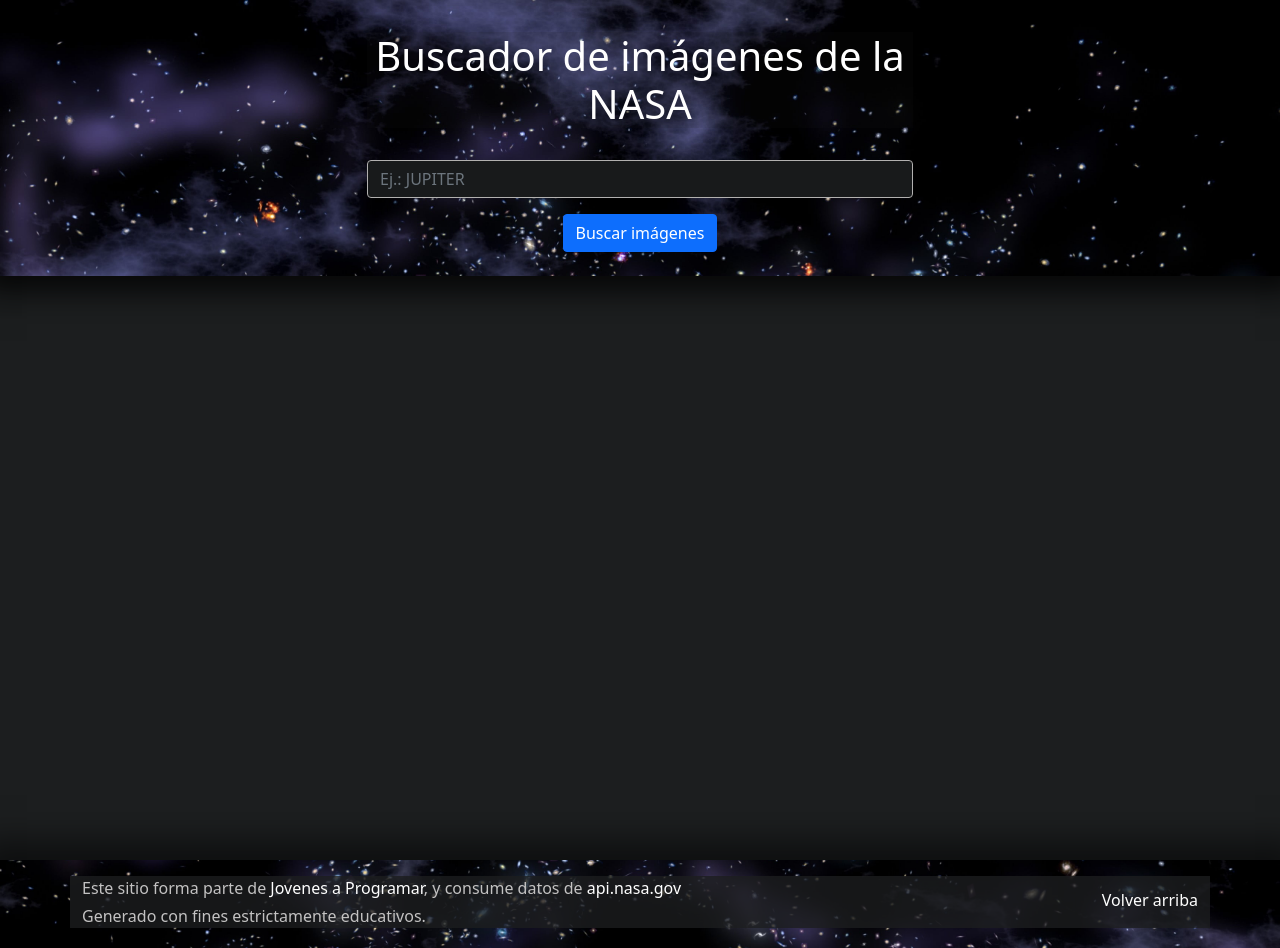
Repository: romancegirl/galaxies
Page: index.html
These files come from the project's save history. The page is drawn as it stood at one moment and after the next save; the edit follows.
The browser window is 1280 px wide. The pictures show the whole page.

Above is the page before, as saved 2024-11-30 05:41:51.

### index.html
<!doctype html>
<html lang="es">

<head>
  <meta charset="utf-8">
  <meta name="viewport" content="width=device-width, initial-scale=1">
  <title>Buscador de imágenes de la NASA</title>

  <link href="css/bootstrap.min.css" rel="stylesheet">
  <link rel="stylesheet" href="css/style.css">
</head>

<body>

  <header>
    <div id="intro">
      <div class="text-center container">
        <div class="row py-lg-3">
          <div class="col-lg-6 col-md-8 mx-auto" id="beggining">
            <h1 class="fw-light">Buscador de imágenes de la NASA</h1>
            <input type="search" class="form-control" name="buscar" id="inputBuscar" placeholder="Ej.: JUPITER">
            <button class="btn btn-primary my-2" id="btnBuscar">Buscar imágenes</button>
          </div>
        </div>
      </div>
    </div>
  </header>

  <main>
    <div class="container">
      <div id="contenedor">
      </div>
    </div>
  </main>


  <footer class="text-muted py-3">
    <div class="container back">
      <p class="float-end mb-1">
        <a href="#">Volver arriba</a>
      </p>
      <p class="mb-1">Este sitio forma parte de <a href="https://jovenesaprogramar.edu.uy/" target="_blank">
          Jovenes a Programar</a>, y consume datos de <a href="https://api.nasa.gov/" target="_blank">
          api.nasa.gov</a></p>
      <p class="mb-1">Generado con fines estrictamente educativos.</p>
    </div>
  </footer>

  <script src="https://cdn.jsdelivr.net/npm/bootstrap@5.3.1/dist/js/bootstrap.bundle.min.js"></script>
  <script src="js/space.js"></script>

</body>

</html>

### css/style.css
header {
    background-image: url(/img/header.png);
    background-size: cover;
    bottom: 0;
    width: 100%;
    box-shadow: 0 0 30px 20px rgba(0, 0, 0, 0.5);
}

body {
    background-color: #1C1E1F;
    color: #B2B1B0;
    display: flex;
    flex-direction: column;
    min-height: 100vh;
}

main {
    min-height: calc(100vh - 160px);
    flex-grow: 1;
}

#intro {
    padding-top: 1rem;
    position: relative;
    box-shadow: 0 0 20px 10px rgba(0, 0, 0, 0.5);
}

h1 {
    margin-bottom: 2rem;
    color: #fff;
    background-color: #1c1e1f1d;
}

#inputBuscar {
    margin-bottom: 0.5rem;
}

input[type="search"] {
    background-color: #181A1B;
    border: 1px solid #B2B1B0;
    color: #B2B1B0;
}

input[type="search"]:focus {
    box-shadow: 0 0 5px #2D79CC;
    background-color: #181A1B;
    border: 1px solid #2D79CC;
    color: #B2B1B0;
}

.form-control {
    margin-bottom: 0.5rem;
}


#contenedor {
    display: flex;
    flex-wrap: wrap;
    justify-content: center;
    gap: 1rem;
    align-items: center;
    justify-items: center;
}

.card {
    width: 22rem;
    height: 500px;
    display: flex;
    flex-direction: column;
    overflow: hidden;
    margin-top: 2rem;
    background-color: #181A1B;
    color: #c3c2c2;
    box-shadow: 0 0 4px 4px #2d7acc66;
}

.card-img-top {
    width: 100%;
    height: 250px;
    object-fit: cover;
    margin-bottom: 0.8rem;
}

.card-body {
    height: 250px;
    overflow-y: auto;
    padding: 1rem;
}

.card-text {
    display: -webkit-box;
    -webkit-line-clamp: 3;
    -webkit-box-orient: vertical;
    overflow: hidden;
    transition: all 0.3s ease-in-out;
}

.card-text.more {
    -webkit-line-clamp: 3;
    overflow: hidden;
}

.card-text.full {
    -webkit-line-clamp: unset;
    overflow: visible;
}

#more {
    cursor: pointer;
    color: #007bff;
    text-decoration: none;
    display: block;
    margin-top: 10px;
}



footer {
    background-image: url(/img/footer.png);
    background-size: cover;
    bottom: 0;
    width: 100%;
    margin-top: 1.5rem;
    box-shadow: 0 0 30px 20px rgba(0, 0, 0, 0.5);
}

footer p {
    color: #c3c2c2
}

footer a {
    color: #ffffff;
    text-decoration: none;
}

footer a:hover {
    color: #9b9a9b;
    transform: scale(1.05);
    transition: color 0.3s, text-shadow 0.3s;
}

footer .float-end {
    transform: translateY(50%);
}

.back {
    background-color: #1c1e1fca;
width: 100%;
}



/* Para pantallas menores a 1200px (6-6 columnas) */
@media (max-width: 1199px) {
    .col-md-6,
    .col-md-4 {
        flex: 0 0 50%;
        max-width: 50%;
    }
}

/* Para pantallas menores a 768px (12 columnas, ocupan toda la fila) */
@media (max-width: 767px) {
    .col-md-6,
    .col-md-4,
    .col-lg-4 {
        flex: 0 0 100%;
        max-width: 100%;
    }
}

### js/space.js
// Función para alternar la visibilidad del texto
function toggleDescription(button) {
    const cardBody = button.closest('.card-body');
    const descriptionText = cardBody.querySelector('.card-text');

    // Alternar clases entre "more" y "full" en el texto de la descripción
    if (descriptionText.classList.contains('more')) {
        descriptionText.classList.remove('more');
        descriptionText.classList.add('full');
        button.textContent = 'Ver menos'; // Cambiar el texto del botón
    } else {
        descriptionText.classList.remove('full');
        descriptionText.classList.add('more');
        button.textContent = 'Ver más'; // Cambiar el texto del botón
    }
}

// Asegúrate de que el evento de clic esté correctamente asignado en el HTML generado
const inputBuscar = document.getElementById('inputBuscar');
const btnBuscar = document.getElementById('btnBuscar');
const contenedor = document.getElementById('contenedor');

const searchNASAImages = async () => {
    const query = inputBuscar.value.trim();

    if (!query) {
        alert('Por favor, ingresa un término de búsqueda.');
        return;
    }

    const nasaAPI = `https://images-api.nasa.gov/search?q=${query}`;

    try {
        const response = await fetch(nasaAPI);
        const data = await response.json();

        const items = data.collection.items;
        if (!items || items.length === 0) {
            contenedor.innerHTML = `
            <h3><strong>No hemos encontrado información relacionada a "${query}".</strong></h3>`;
            return;
        }

        contenedor.innerHTML = '';

        const row = document.createElement('div');
        row.className = 'row';

        items.forEach((item) => {
            const { title, description, date_created } = item.data[0];
            const imageUrl = item.links?.[0]?.href || 'https://via.placeholder.com/150';

            // Crear la tarjeta
            const card = document.createElement('div');
            // Ajuste de clases según tus requisitos:
            card.className = 'col-md-6 col-lg-4';

            // Contenido de la tarjeta
            card.innerHTML = `
                <div class="card">
                    <img src="${imageUrl}" class="card-img-top" alt="${title}">
                    <div class="card-body">
                        <h5 class="card-title">${title}</h5>
                        <p class="card-text more">${description || 'Descripción no disponible.'}</p>
                        ${description && description.length > 200 ? '<button class="btn btn-link" onclick="toggleDescription(this)">Ver más</button>' : ''}
                        <p class="card-text"><small class="text-muted">Fecha: ${new Date(date_created).toLocaleDateString()}</small></p>
                    </div>
                </div>
            `;

            const descriptionText = card.querySelector('.card-text');
            const moreButton = card.querySelector('#more');
            if (!description || description.length <= 200) {
                if (moreButton) {
                    moreButton.style.display = 'none';
                }
                descriptionText.classList.add('full');
            }

            row.appendChild(card);
        });

        contenedor.appendChild(row);
    } catch (error) {
        console.error('Error al obtener datos:', error);
        contenedor.innerHTML = `<p class="text-center text-danger">Ocurrió un error al obtener los datos.</p>`;
    }
};

btnBuscar.addEventListener('click', searchNASAImages);
inputBuscar.addEventListener('keydown', (event) => {
    if (event.key === 'Enter') {
        event.preventDefault();
        searchNASAImages();
    }
});

Loaded but not shown: css/bootstrap.min.css (library)

After the next save:
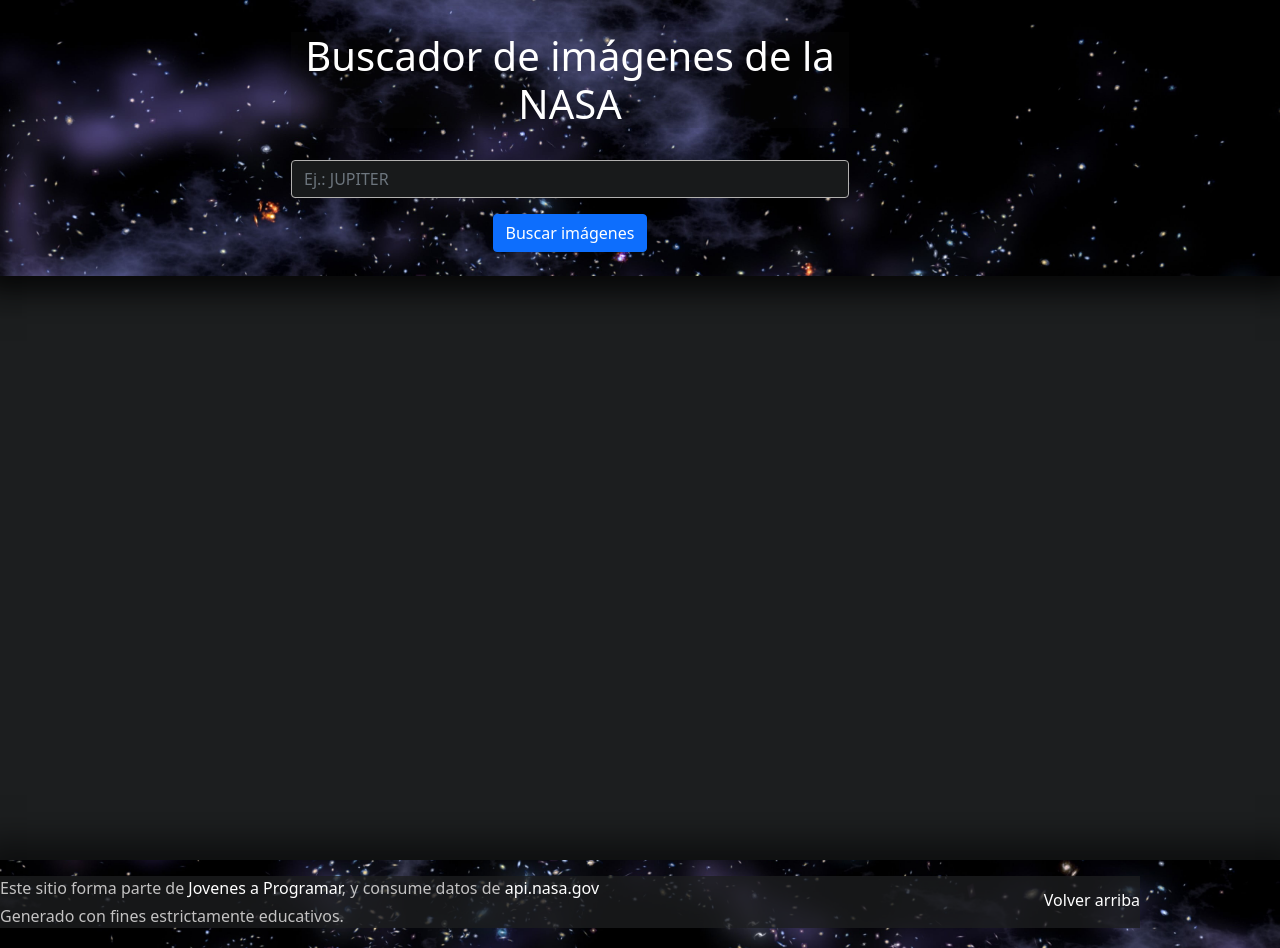
Saved 33 s later.
--- a/css/style.css
+++ b/css/style.css
@@ -17,6 +17,11 @@ body {
 main {
     min-height: calc(100vh - 160px);
     flex-grow: 1;
+}
+
+.container {
+    margin: 0;
+    padding: 0;
 }
 
 #intro {
@@ -59,7 +64,6 @@ input[type="search"]:focus {
     justify-content: center;
     gap: 1rem;
     align-items: center;
-    justify-items: center;
 }
 
 .card {
